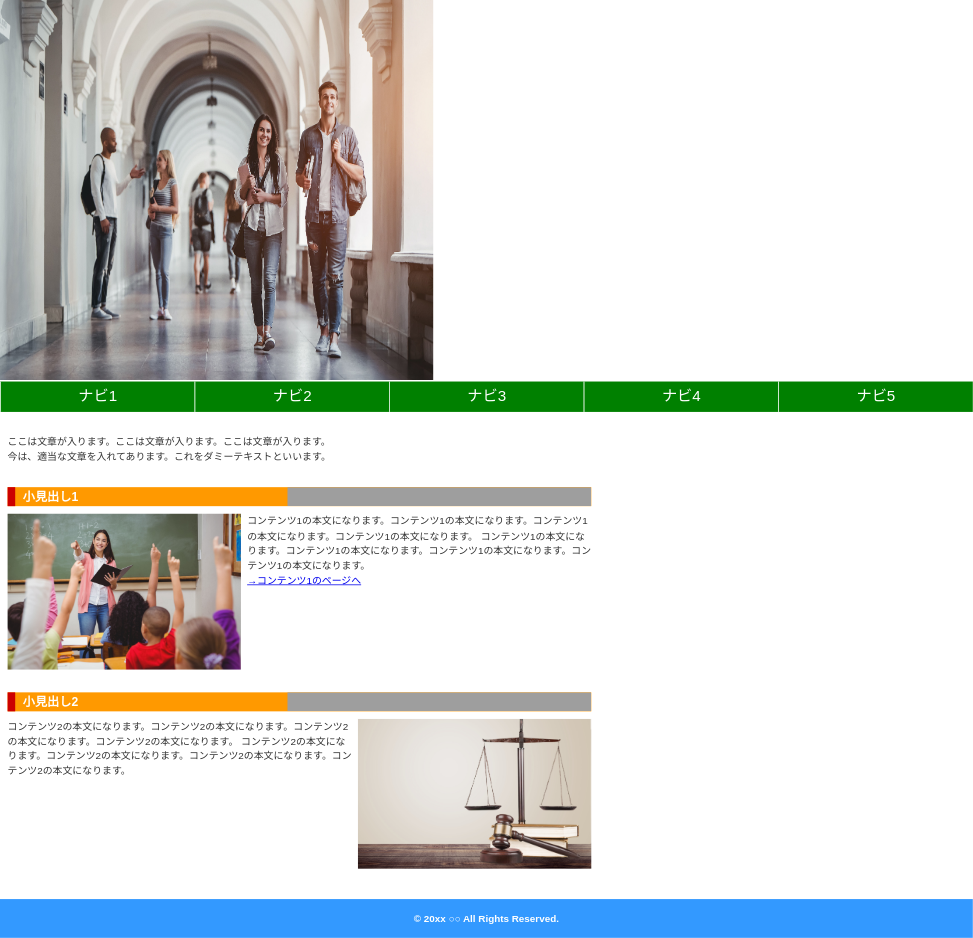
Repository: ondakoichi/samurai_HTML-CSS
Page: HTML/home.html
The author's editor kept a record of every edit. The page is drawn from the files as they stood at one moment, then again after the next edit.
The browser window is 1280 px wide. The pictures show the whole page, at 76% of full size.
Pictures or frames that could not be fetched are drawn as grey boxes.

Above is the page before.

After the next edit:
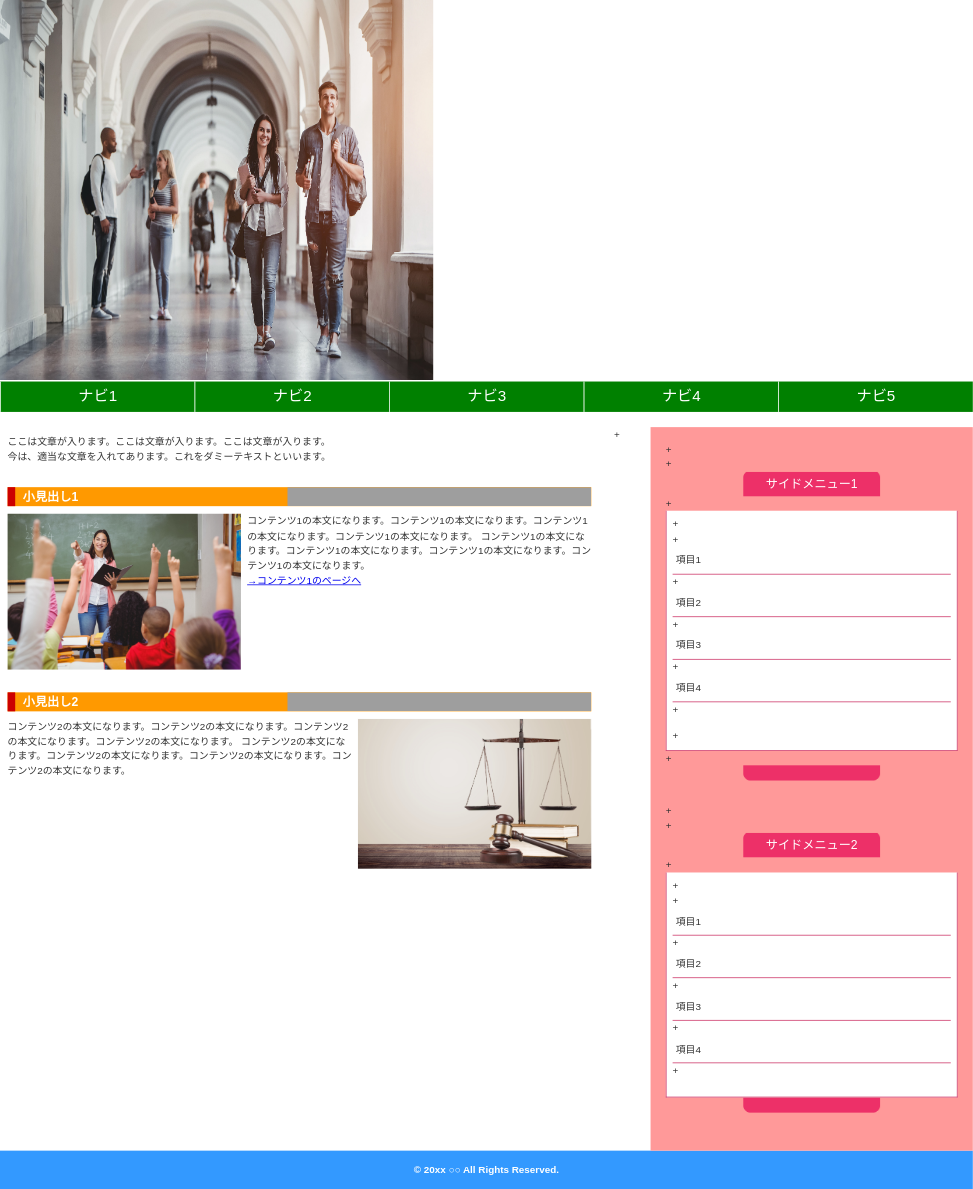
The edit:
--- a/HTML/home.html
+++ b/HTML/home.html
@@ -49,6 +49,30 @@
                     </div>
                 </div>
             </div>
+            +                <div id="side">
++                    <div class="box">
++                        <h2>サイドメニュー1</h2>
++                        <div class="boxBody">
++                            <ul>
++                                <li>項目1</li>
++                                <li>項目2</li>
++                                <li>項目3</li>
++                                <li>項目4</li>
++                            </ul>
++                        </div>
++                    </div>
++                    <div class="box">
++                        <h2>サイドメニュー2</h2>
++                        <div class="boxBody">
++                            <ul>
++                                <li>項目1</li>
++                                <li>項目2</li>
++                                <li>項目3</li>
++                                <li>項目4</li>
++                            </ul>
+                        </div>
+                    </div>
+               </div>
         <div id="footer">
             <p>&copy; 20xx ○○ All Rights Reserved.</p>
         </div>
